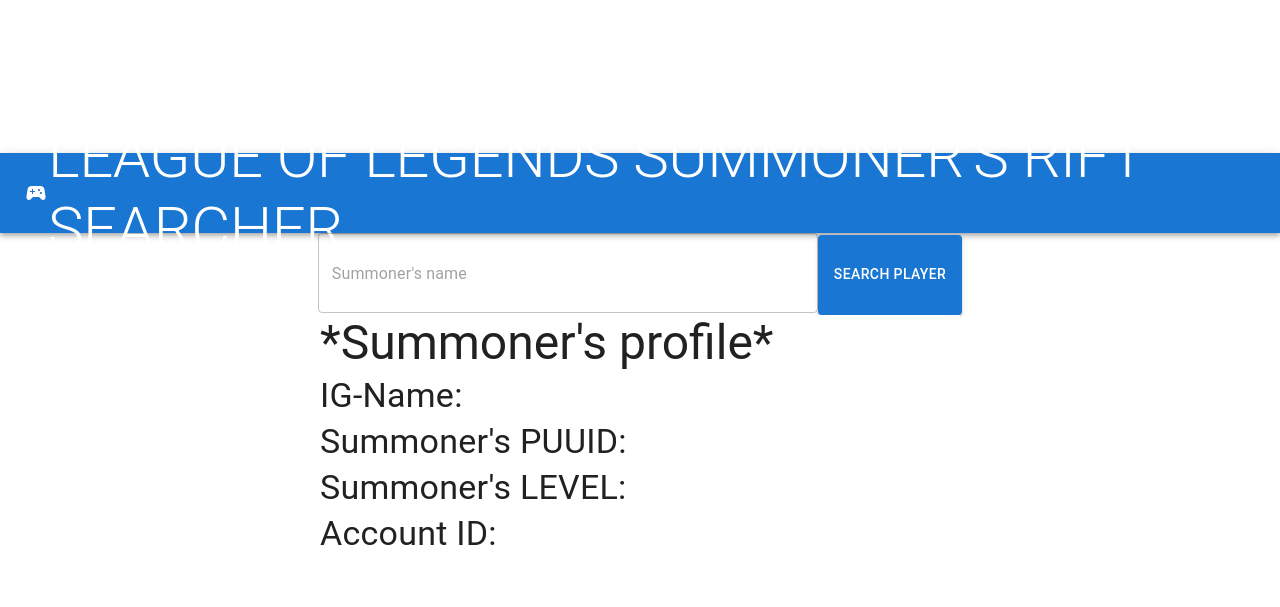
Repository: Mikerr21/League-Of-Legends-API
Page: /
An editor plug-in stored every save of this project. The page is shown before and after the next save, followed by the edit.
The browser window is 1280 px wide. The pictures show the whole page.
The page's requests for data from a server got no answer. The project was rebuilt for these pictures with package versions that can differ from the ones it lists, and the page was loaded fresh each time. No one was signed in, and anything a server would have sent is missing.

Above is the page before, as saved 2022-09-24 22:40:20.

### public/index.html
<!DOCTYPE html>
<html lang="en">
  <head>
    <meta charset="utf-8" />
    <link rel="icon" href="%PUBLIC_URL%/favicon.ico" />
    <meta name="viewport" content="width=device-width, initial-scale=1" />
    <meta name="theme-color" content="#000000" />
    <meta
      name="description"
      content="Web site created using create-react-app"
    />
    <link rel="apple-touch-icon" href="%PUBLIC_URL%/logo192.png" />

    <title>React App</title>
  </head>
  <body>
    <noscript>You need to enable JavaScript to run this app.</noscript>
    <div id="root"></div>

  </body>
</html>

### src/App.js
import React from "react";
import axios from "axios";
import { useState } from "react";
import { AppBar } from "@mui/material";
import { Toolbar } from "@mui/material";
import { CssBaseline } from "@mui/material";
import SportsEsportsIcon from "@mui/icons-material/SportsEsports";
import OutlinedInput from "@mui/material/OutlinedInput";

import { Typography } from "@mui/material";
import { Button } from "@mui/material";
import { Box } from "@mui/material";

import ListSubheader from "@mui/material/ListSubheader";
import List from "@mui/material/List";
import ListItemButton from "@mui/material/ListItemButton";
import ListItemIcon from "@mui/material/ListItemIcon";
import ListItemText from "@mui/material/ListItemText";
import Collapse from "@mui/material/Collapse";
import InboxIcon from "@mui/icons-material/MoveToInbox";
import DraftsIcon from "@mui/icons-material/Drafts";
import SendIcon from "@mui/icons-material/Send";
import ExpandLess from "@mui/icons-material/ExpandLess";
import ExpandMore from "@mui/icons-material/ExpandMore";
import StarBorder from "@mui/icons-material/StarBorder";
import Grid from "@mui/material/Grid";

function App() {
  const [searchPlayer, setSearchPlayer] = useState("");
  const [playerData, setPlayerData] = useState({});
  const API_KEY = "c4eb3244-2494-4789-a6a3-47b4f6d5b70a";

  function fetchPlayerData(event) {
    var API_KEY = "RGAPI-e5d7e95c-8a4e-4469-bf42-53bc6d1175b3";
    var API_CALL_STRING =
      "https://euw1.api.riotgames.com/lol/summoner/v4/summoners/by-name/" +
      searchPlayer +
      "?api_key=" +
      API_KEY;
    axios
      .get(API_CALL_STRING)
      .then(function (response) {
        //Success

        setPlayerData(response.data);
      })
      .catch(function (error) {
        //Error
        console.log(error);
      });
  }

  return (
    <div className="App">
      <CssBaseline />

      <Grid
        container
        spacing={0}
        direction="column"
        alignItems="center"
        justifyContent="center"
        style={{ minHeight: "100vh" }}
      >
        <CssBaseline />
        <AppBar position="static">
          <Toolbar variant="dense" style={{ height: "80px" }}>
            <SportsEsportsIcon></SportsEsportsIcon>
            <Typography variant="h2" component="h2">
              LEAGUE OF LEGENDS SUMMONER'S RIFT SEARCHER
            </Typography>
          </Toolbar>
        </AppBar>
        <Box>
          <OutlinedInput
            onChange={(e) => setSearchPlayer(e.target.value)}
            type="text"
            placeholder="Summoner's name"
            style={{ height: "80px", width: "500px" }}
          ></OutlinedInput>
          <Button
            onClick={fetchPlayerData()}
            variant="contained"
            style={{ height: "80px" }}
          >
            Search player
          </Button>
        </Box>

        <List
          sx={{ width: "50%", maxWidth: 660, bgcolor: "background.paper" }}
          component="nav"
          aria-labelledby="nested-list-subheader"
          subheader={<Typography variant="h3">*Summoner's profile*</Typography>}
        >
     <ListItemText>
            <Typography variant="h4">IG-Name:</Typography>
          </ListItemText>
          <ListItemText>
            <Typography variant="h5">{searchPlayer}</Typography>
          </ListItemText>
          <ListItemText>
            <Typography variant="h4">
              Summoner's PUUID:
            </Typography>
            <ListItemText>
            <Typography variant="h5">{playerData.puuid}</Typography>
          </ListItemText>
          </ListItemText>
          <ListItemText>
            <Typography variant="h4">
              Summoner's LEVEL:
            </Typography>
            <ListItemText>
            <Typography variant="h5">{playerData.summonerLevel}</Typography>
          </ListItemText>
          </ListItemText>
          <ListItemText>
            <Typography variant="h4">
              Account ID:
            </Typography>
            <ListItemText>
            <Typography variant="h5">{playerData.accountId}</Typography>
          </ListItemText>
          </ListItemText>
        </List>
      </Grid>
    </div>
  );
}

export default App;

Loaded but not shown: src/index.js (common file)

After the next save:
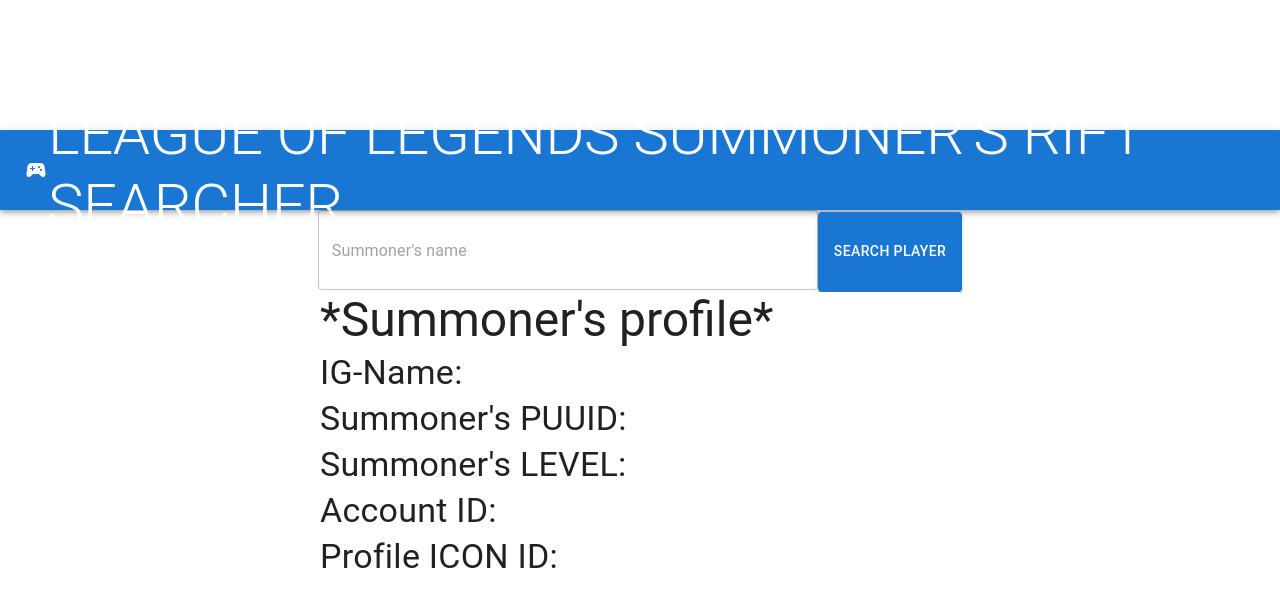
Saved 65 s later.
--- a/src/App.js
+++ b/src/App.js
@@ -123,6 +123,14 @@
             <Typography variant="h5">{playerData.accountId}</Typography>
           </ListItemText>
           </ListItemText>
+          <ListItemText>
+            <Typography variant="h4">
+              Profile ICON ID:
+            </Typography>
+            <ListItemText>
+            <Typography variant="h5">{playerData.profileIconId}</Typography>
+          </ListItemText>
+          </ListItemText>
         </List>
       </Grid>
     </div>
